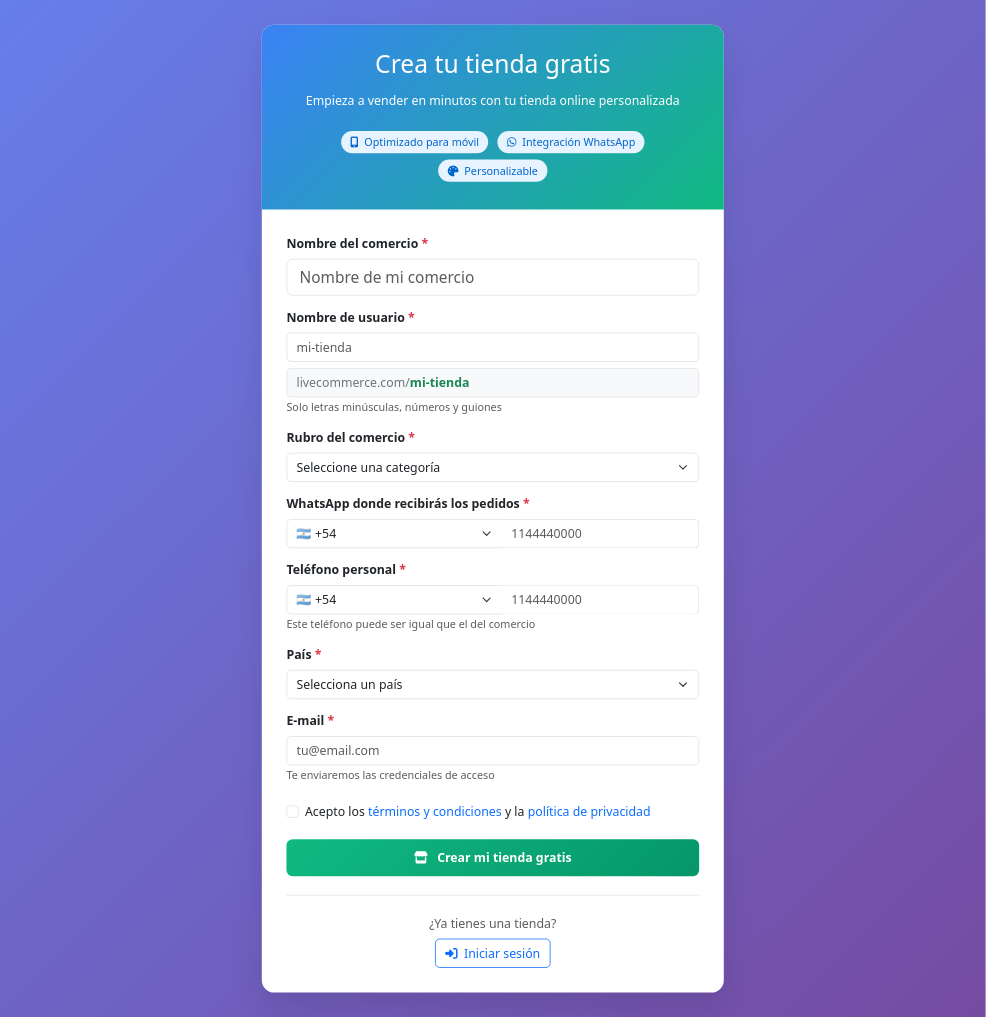
Repository: manucavallera/Jadeshop
Page: frontend/tienda/index.html
An editor plug-in stored every save of this project. The page is shown before and after the next save, followed by the edit.
The browser window is 1280 px wide. The pictures show the whole page, at 77% of full size.
The page's requests for data from a server got no answer.

Above is the page before, as saved 2025-09-19 10:10:49.

After the next save:
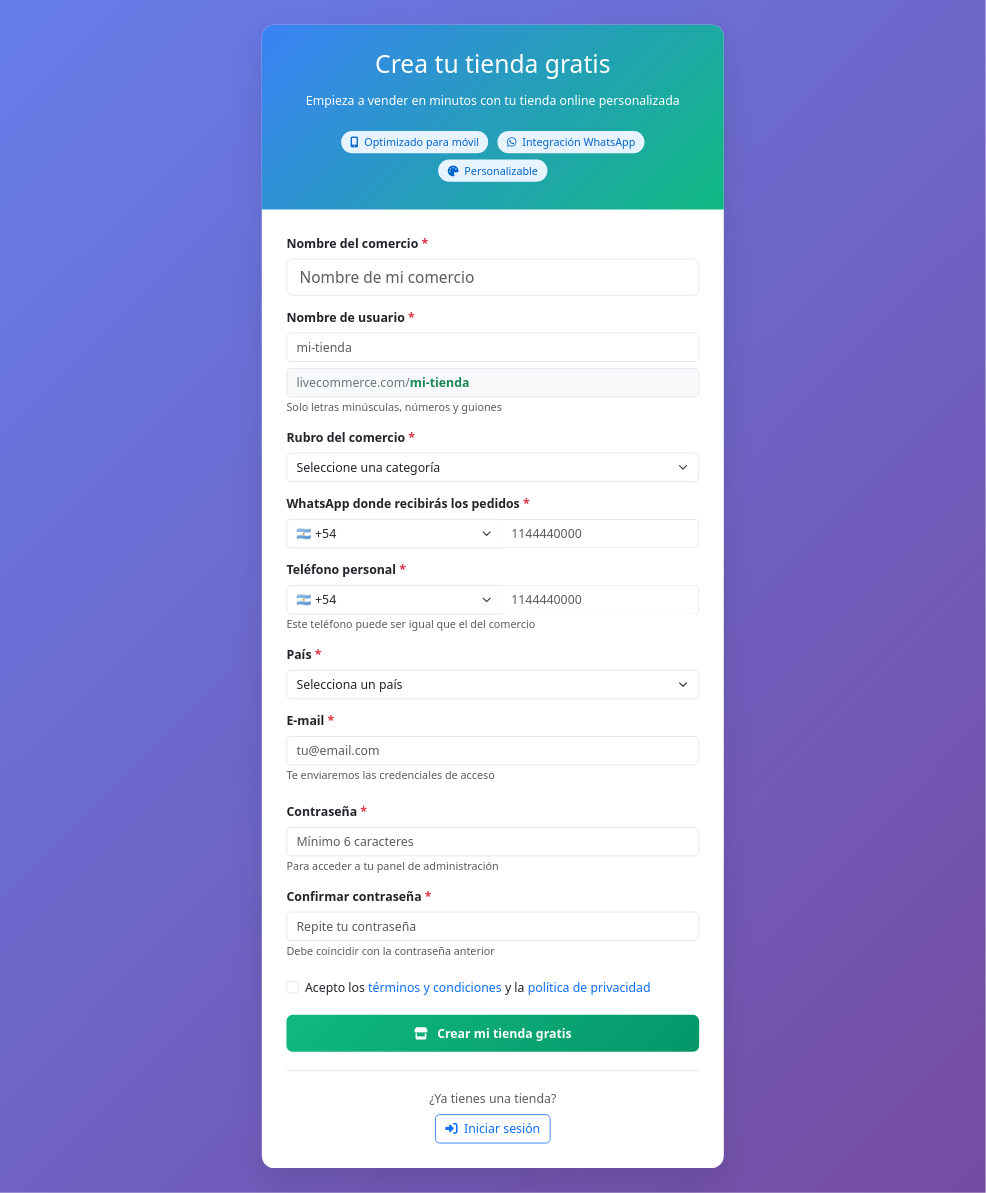
Saved 31 s later.
--- a/frontend/tienda/index.html
+++ b/frontend/tienda/index.html
@@ -288,6 +288,42 @@
               >
             </div>
 
+            <!-- Contraseña -->
+            <div class="mb-3">
+              <label for="password" class="form-label fw-semibold">
+                Contraseña <span class="text-danger">*</span>
+              </label>
+              <input
+                type="password"
+                class="form-control"
+                id="password"
+                placeholder="Mínimo 6 caracteres"
+                required
+                minlength="6"
+              />
+              <small class="form-text text-muted">
+                Para acceder a tu panel de administración
+              </small>
+            </div>
+
+            <!-- Confirmar contraseña -->
+            <div class="mb-4">
+              <label for="confirmPassword" class="form-label fw-semibold">
+                Confirmar contraseña <span class="text-danger">*</span>
+              </label>
+              <input
+                type="password"
+                class="form-control"
+                id="confirmPassword"
+                placeholder="Repite tu contraseña"
+                required
+                minlength="6"
+              />
+              <small class="form-text text-muted">
+                Debe coincidir con la contraseña anterior
+              </small>
+            </div>
+
             <!-- Términos y condiciones -->
             <div class="mb-4">
               <div class="form-check">
